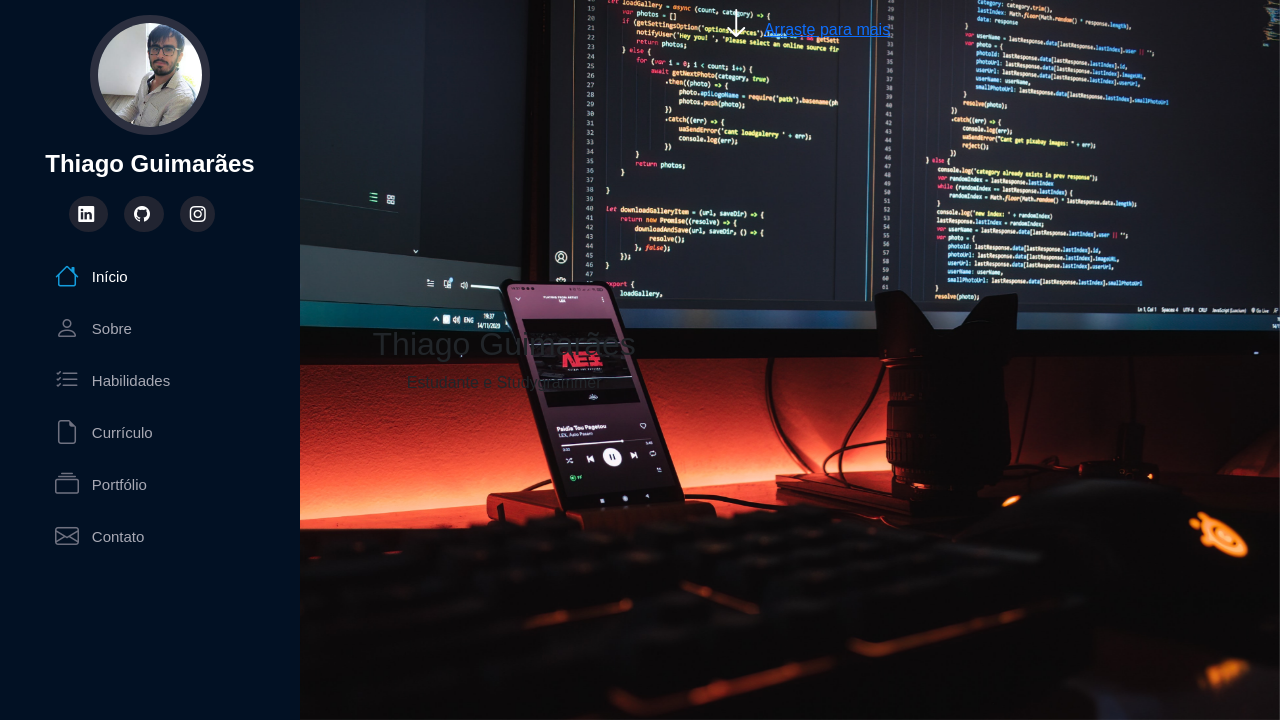
Repository: Rayago/projeto-portfolio
Page: http://localhost/
These files come from the project's save history. The page is drawn as it stood at one moment and after the next save; the edit follows.
The browser window is 1280 px wide. The pictures show the whole page.
Some web fonts or font styles are not loaded; a fallback is used. The page is served by the project's application, run on Flask 3 (app.py).

Above is the page before, as saved 2022-07-12 17:22:57.

After the next save:
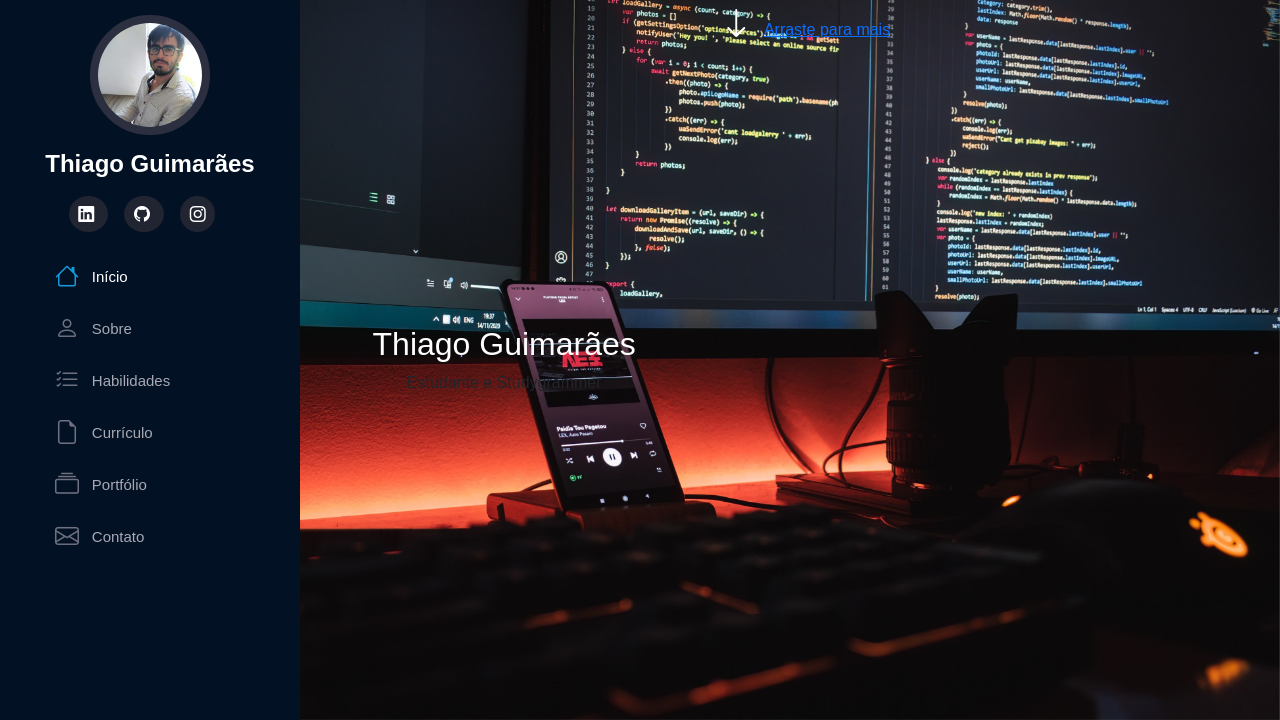
Saved 48 s later.
--- a/templates/index.html
+++ b/templates/index.html
@@ -58,7 +58,7 @@
 
         <section id="inicio" class="row m-0 p-0">
             <div class="col-md-5 d-flex justify-content-center align-items-center flex-column">
-                <h2>Thiago Guimarães</h2>
+                <h2 class="text-white text-shadow">Thiago Guimarães</h2>
                 <span>Estudante e Studygrammer</span>
             </div>
 
